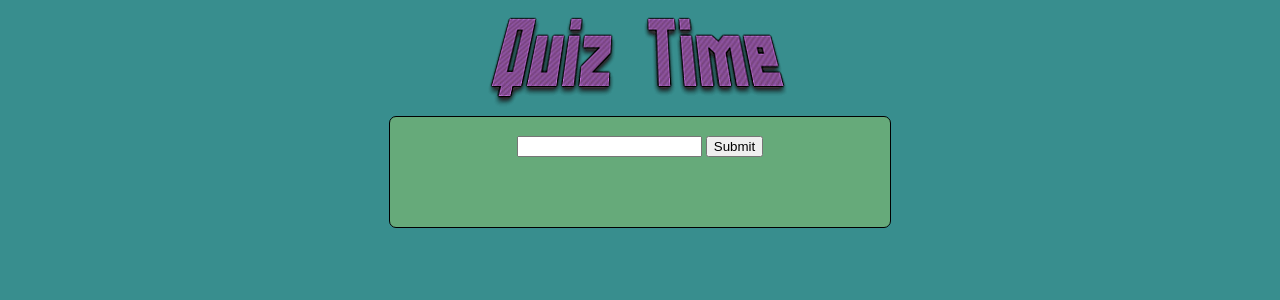
Repository: jn222rv/1dv403-laborationer
Page: 4-thequiz/index.html
The author's editor kept a record of every edit. The page is drawn from the files as they stood at one moment, then again after the next edit.
The browser window is 1280 px wide. The pictures show the whole page.
The page's requests for data from a server got no answer.

Above is the page before.

After the next edit:
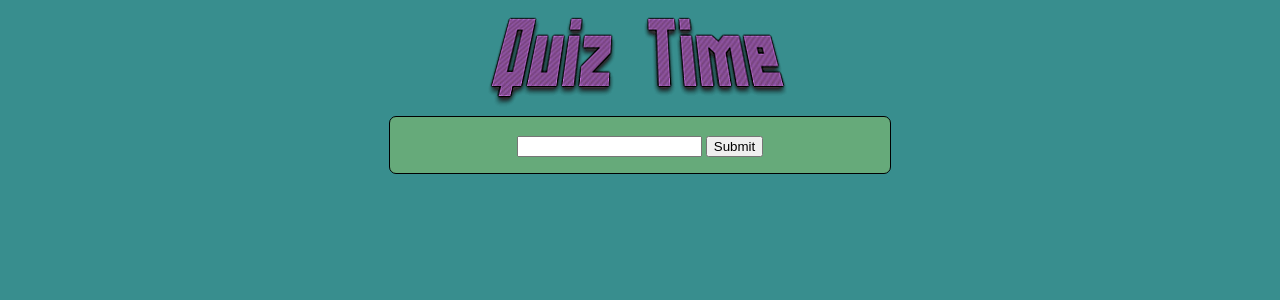
The edit:
--- a/4-thequiz/css/basic.css
+++ b/4-thequiz/css/basic.css
@@ -41,5 +41,5 @@
 }
 
 img.unactive {
-    visibility:hidden;
+    display:none;
 }
